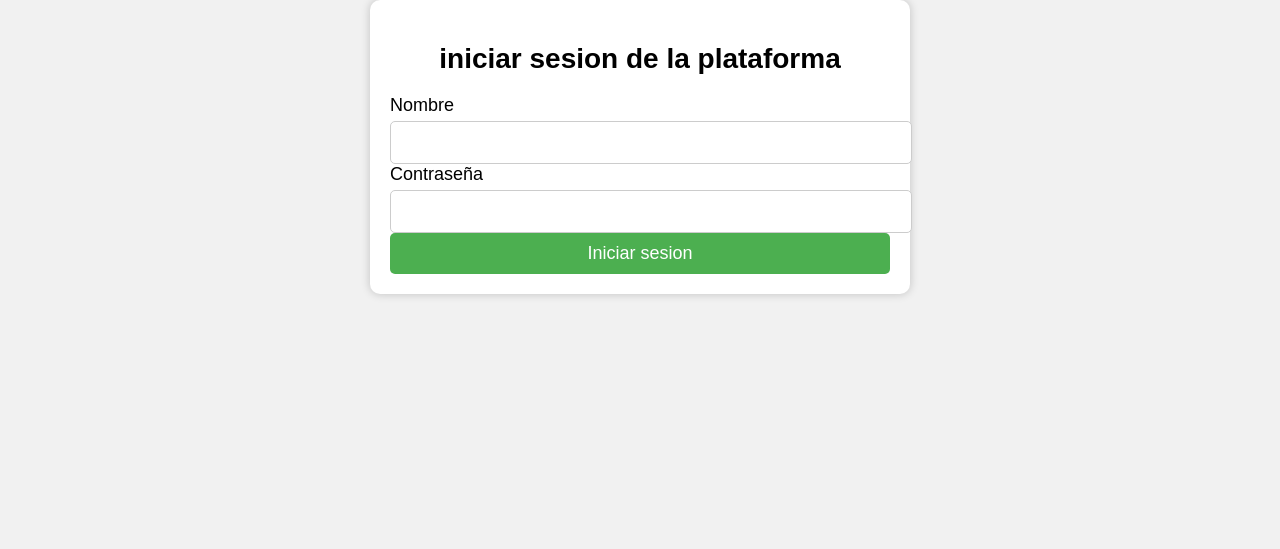
Repository: n0soyHacker/school-administration-app
Page: /
An editor plug-in stored every save of this project. The page is shown before and after the next save, followed by the edit.
The browser window is 1280 px wide. The pictures show the whole page.
The project was rebuilt for these pictures with package versions that can differ from the ones it lists, and the page was loaded fresh each time.

Above is the page before, as saved 2023-02-18 19:32:00.

After the next save:
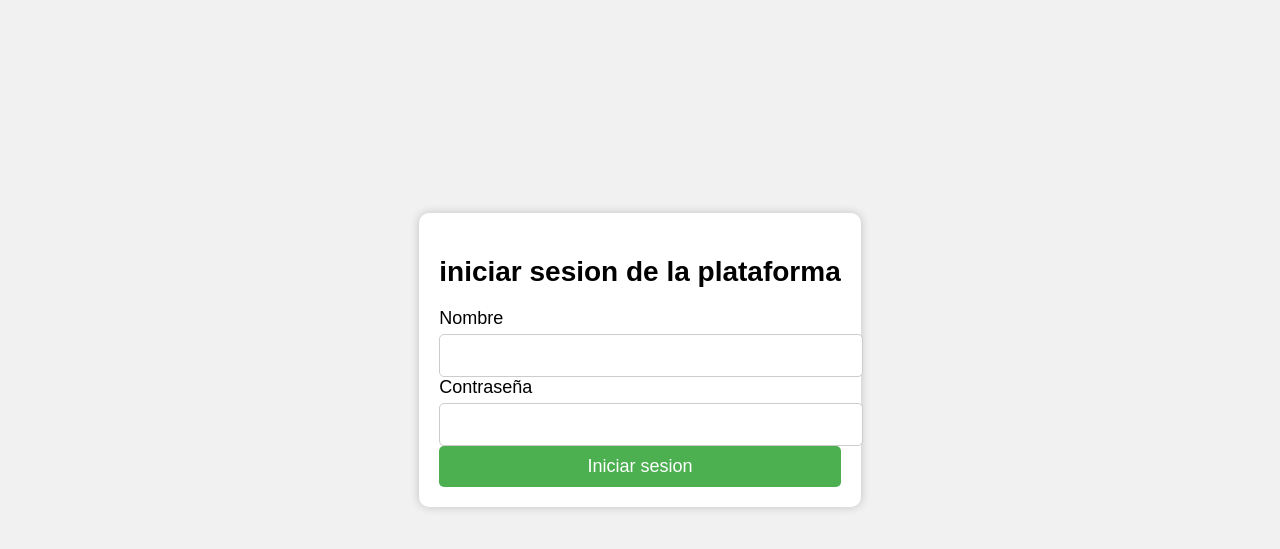
Saved 4 s later.
--- a/src/styleForm.css
+++ b/src/styleForm.css
@@ -3,9 +3,15 @@ body {
     background-color: #f1f1f1;
   }
 
+  .container {
+    display: flex;
+    justify-content: center;
+    align-items: center;
+    height: 100vh;
+  }
+
   form {
     max-width: 500px;
-    margin: 0 auto;
     background-color: #fff;
     padding: 20px;
     border-radius: 10px;
